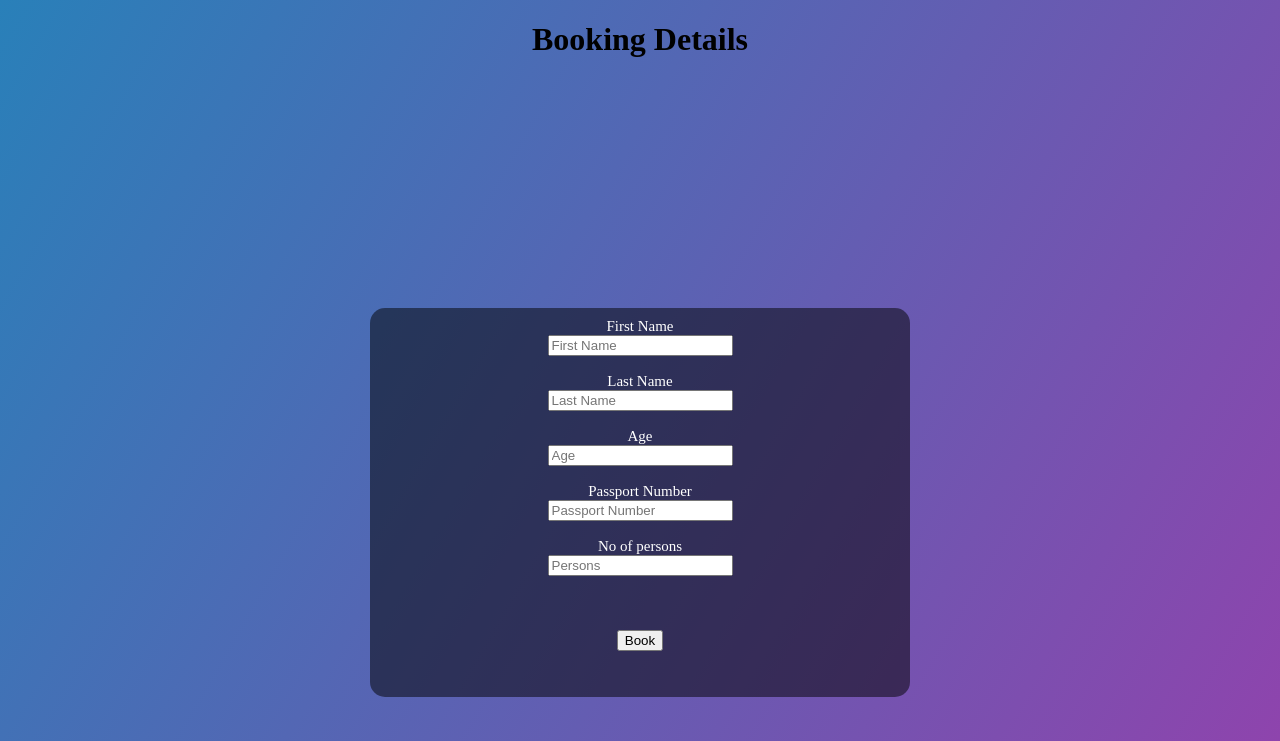
Repository: kalpesh3070/backend2
Page: flyaway/src/main/webapp/Ticket_booking.html
An editor plug-in stored every save of this project. The page is shown before and after the next save, followed by the edit.
The browser window is 1280 px wide. The pictures show the whole page.

Above is the page before, as saved 2022-11-14 05:56:43.

### flyaway/src/main/webapp/Ticket_booking.html
<!DOCTYPE html>
<html>
<head>
<meta charset="ISO-8859-1">
<link rel="stylesheet" href="booking.css">
<title>Insert title here</title>
</head>
<body>
<div class="lable">

<form action="Register">
<center>
<h1>Booking Details</h1>
<div class="body">
<label>First Name</label>

<div class="input">
<input type="text" name="name" placeholder="First Name" size="20"><br><br>
<label>Last Name</label>
</div>

<div class="input">
<input type="text" name="lastname" placeholder="Last Name" size="20"><br><br>
</div>

<label>Age</label>
<div class="input">
<input type="text" name="age" placeholder="Age" size="20"><br><br>
</div>

<label>Passport Number</label>
<div class="input">
<input type="text" name="passportnumber" placeholder="Passport Number" size="20"><br><br>
</div>

<label>No of persons</label>
<div class="input">
<input type="text" name="option" placeholder="Persons" size="20"><br><br>
</div>

</select>
<div class="submit">
<input type="submit" value="Book">
</center>
</div>
</div>

</body>
</html>

### flyaway/src/main/webapp/booking.css
@charset "ISO-8859-1";
body{
margin: 0;
padding: 0;
font-family: montserrat;
background: linear-gradient(120deg,#2980b9,#8e44ad);
height: 100vh;
overflow:hidden;
}
.body{
	width : 500px;
background-color: rgba(0,0,0,.5);
padding:10px 20px 30px;
margin:250px auto;
color:white;
font-size:15px;
border-radius: 15px;
}
.body h1{
	color:#f603a3;
	text-align: center;
}
.boby lable{
	display:block;
}
.boby input{
	width:100%;
	font-size:1.5em;
	box-shadow: 2px;
	border-radius: 8px;
	padding: 5px 10px;
	box-sizing: border-box;
	margin:5px 0px 10px;
	text-align: center;
	align-content: center;
}
.submit{
	text-align: center;
	margin-top:10px;

	font-size:30px;
	padding: 15px 25px;
}

After the next save:
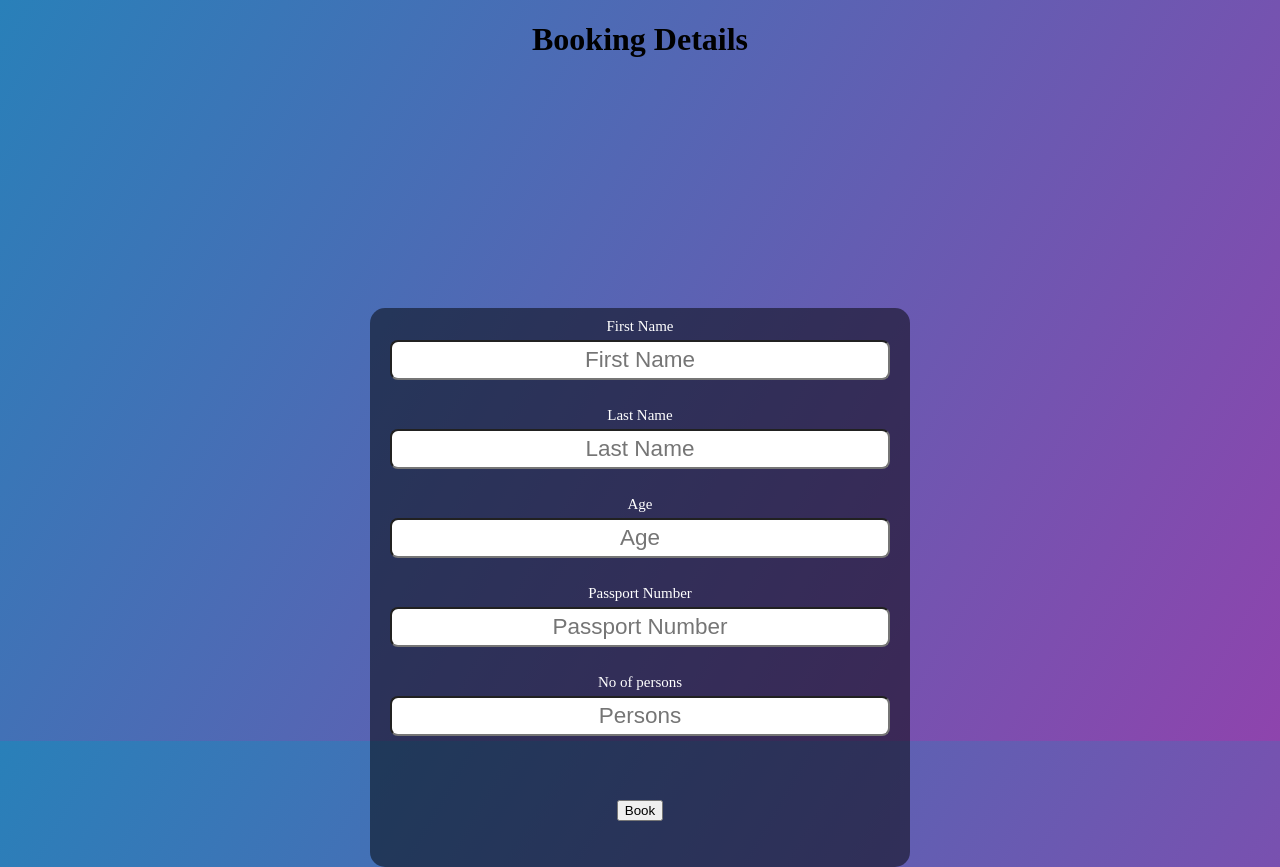
Saved 40 s later.
--- a/flyaway/src/main/webapp/booking.css
+++ b/flyaway/src/main/webapp/booking.css
@@ -23,7 +23,7 @@ border-radius: 15px;
 .boby lable{
 	display:block;
 }
-.boby input{
+.input input{
 	width:100%;
 	font-size:1.5em;
 	box-shadow: 2px;
